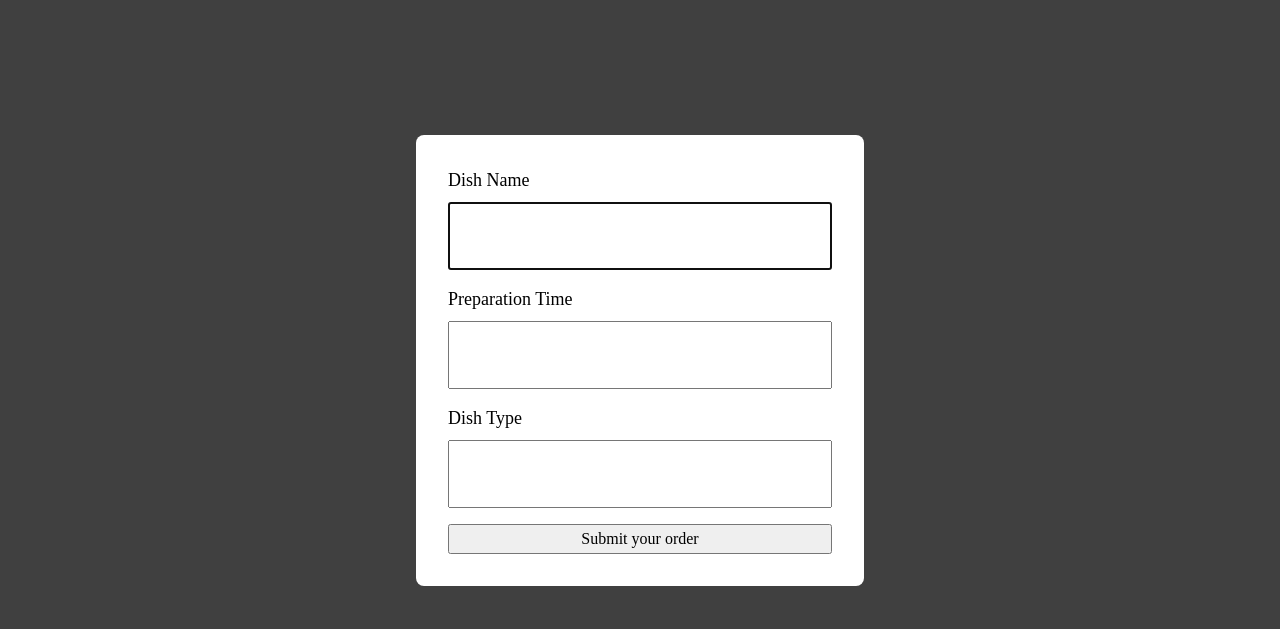
Repository: hjubsoni/hex-ocean-task
Page: /, after clicking the first element matching `button.order-button`
The author's editor kept a copy of each file at every save. The page is drawn from the files as they stood at one save, then again after the next save.
The browser window is 1280 px wide. The pictures show the whole page.
The project was rebuilt for these pictures with package versions that can differ from the ones it lists, and the page was loaded fresh each time. Also part of the build but not shown: vite.config.ts.

Above is the page before, as saved 2023-03-21 22:31:08.

### index.html
<!DOCTYPE html>
<html lang="en">
  <head>
    <meta charset="UTF-8" />
    <link rel="icon" type="image/svg+xml" href="/vite.svg" />
    <meta
      name="viewport"
      content="width=device-width, initial-scale=1.0"
    />
    <title>Vite + React + TS</title>
  </head>
  <body>
    <div id="root"></div>
    <script type="module" src="/src/main.tsx"></script>
  </body>
</html>

### src/App.tsx
import React from 'react';
import './App.css';
import { ShoppingBag } from 'react-feather';
import ModalForm from './components/ModalForm';

function App() {
  const [isModalOpen, setIsModalOpen] = React.useState(false);

  const toggleIsOpenModal = () => {
    setIsModalOpen(!isModalOpen);
  };

  return (
    <>
      <div className="wrapper">
        <button className="order-button" onClick={toggleIsOpenModal}>
          <div className="icon-wrapper">
            <ShoppingBag color="white" />
          </div>
          <span className="order-button-text">Order</span>
        </button>
      </div>
      {isModalOpen && <ModalForm handleDismiss={toggleIsOpenModal} />}
    </>
  );
}

export default App;

### src/index.css
*,
*::before,
*::after {
  box-sizing: border-box;
}

* {
  margin: 0;
}

html,
body,
#root {
  height: 100%;
}

body {
  line-height: 1.5;
  -webkit-font-smoothing: antialiased;
}

img,
picture,
video,
canvas,
svg {
  display: block;
  max-width: 100%;
}

input,
button,
textarea,
select {
  font: inherit;
}

p,
h1,
h2,
h3,
h4,
h5,
h6 {
  overflow-wrap: break-word;
}

#root,
#__next {
  isolation: isolate;
}

### src/App.css
.wrapper {
  height: 100%;
  display: flex;
  justify-content: center;
  align-items: center;
}

.order-button {
  display: flex;
  width: 180px;
  height: 2.625rem;
  align-items: center;
  padding: 4px 8px;
  gap: 8px;
  border-radius: 8px;
  background: #184fee;
  cursor: pointer;
  border: none;
}

.order-button-text {
  font-size: 1.5rem;
  color: white;
  margin-left: auto;
  margin-right: auto;
}

.icon-wrapper {
  animation-duration: 2s;
}

.order-button:hover > .icon-wrapper {
  animation-name: bounce;
  animation-timing-function: cubic-bezier(0.28, 0.84, 0.42, 1);
}
@keyframes bounce {
  0% {
    transform: scale(1, 1) translateY(0);
  }
  10% {
    transform: scale(1.1, 0.9) translateY(0);
  }
  30% {
    transform: scale(0.9, 1.1) translateY(-5px);
  }
  50% {
    transform: scale(1.05, 0.95) translateY(0);
  }
  57% {
    transform: scale(1, 1) translateY(-2px);
  }
  64% {
    transform: scale(1, 1) translateY(0);
  }
  100% {
    transform: scale(1, 1) translateY(0);
  }
}

### src/components/ModalForm/index.tsx
export { default } from './ModalForm';

### src/components/ModalForm/ModalForm.tsx
import React from 'react';
import FocusLock from 'react-focus-lock';
import { X } from 'react-feather';
import './styles.css';

function ModalForm({ handleDismiss }: { handleDismiss: () => void }) {
  return (
    <FocusLock>
      <div className="wrapper">
        <div className="backdrop" />
        <form className="modal-form">
          <div>
            <label className="form-label">Dish Name</label>
            <input className="form-input" />
          </div>
          <div>
            <label className="form-label">Preparation Time</label>
            <input className="form-input" />
          </div>
          <div>
            <label className="form-label">Dish Type</label>
            <input className="form-input" />
          </div>
          <button type="submit">Submit your order</button>
        </form>
      </div>
    </FocusLock>
  );
}

export default ModalForm;

### src/components/ModalForm/styles.css
.wrapper {
  position: fixed;
  inset: 0;
  display: grid;
  place-content: center;
  padding: 16px;
}

.backdrop {
  position: absolute;
  inset: 0;
  background: hsl(0deg 0% 0% / 0.75);
}

.modal-form {
  position: relative;
  background: white;
  border-radius: 8px;
  padding: 32px;
  display: flex;
  flex-direction: column;
  gap: 16px;
  width: 100%;
  min-width: 28rem;
}

.form-label {
  display: inline-block;
  font-weight: 500;
  font-size: large;
}

.form-input {
  display: block;
  padding: 1.25rem;
  margin-top: 0.5rem;
  width: 100%;
}

Loaded but not shown: src/main.tsx (common file)

After the next save:
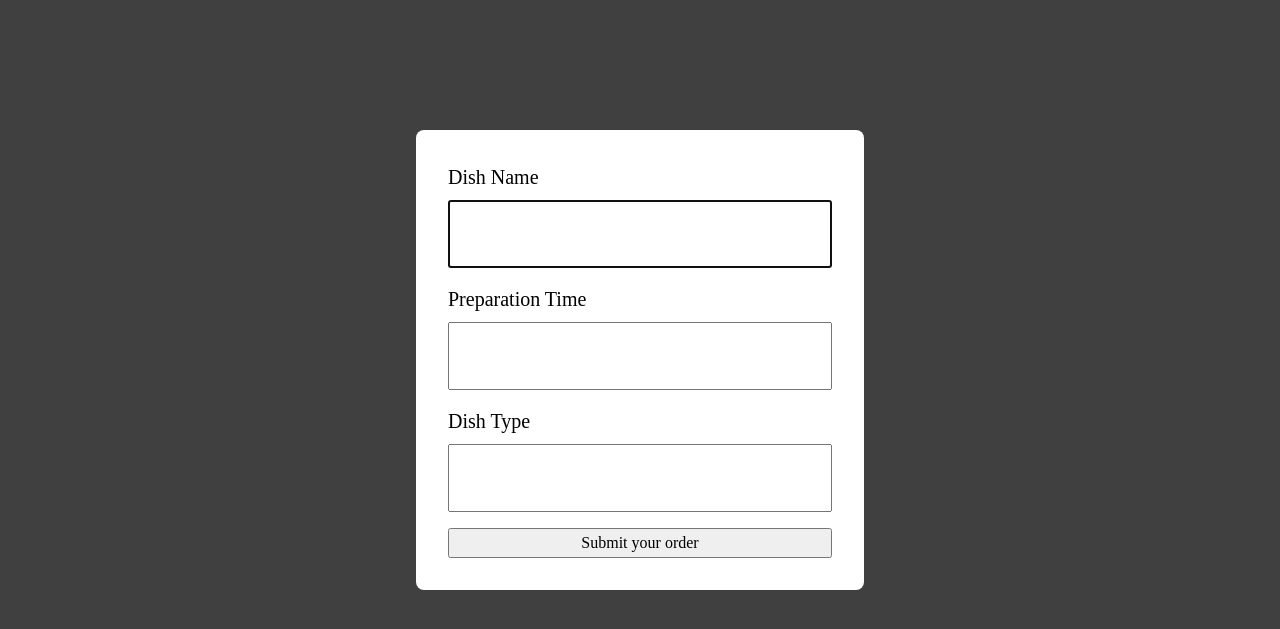
Saved 5 s later.
--- a/src/components/ModalForm/styles.css
+++ b/src/components/ModalForm/styles.css
@@ -27,7 +27,7 @@
 .form-label {
   display: inline-block;
   font-weight: 500;
-  font-size: large;
+  font-size: 1.25rem;
 }
 
 .form-input {
